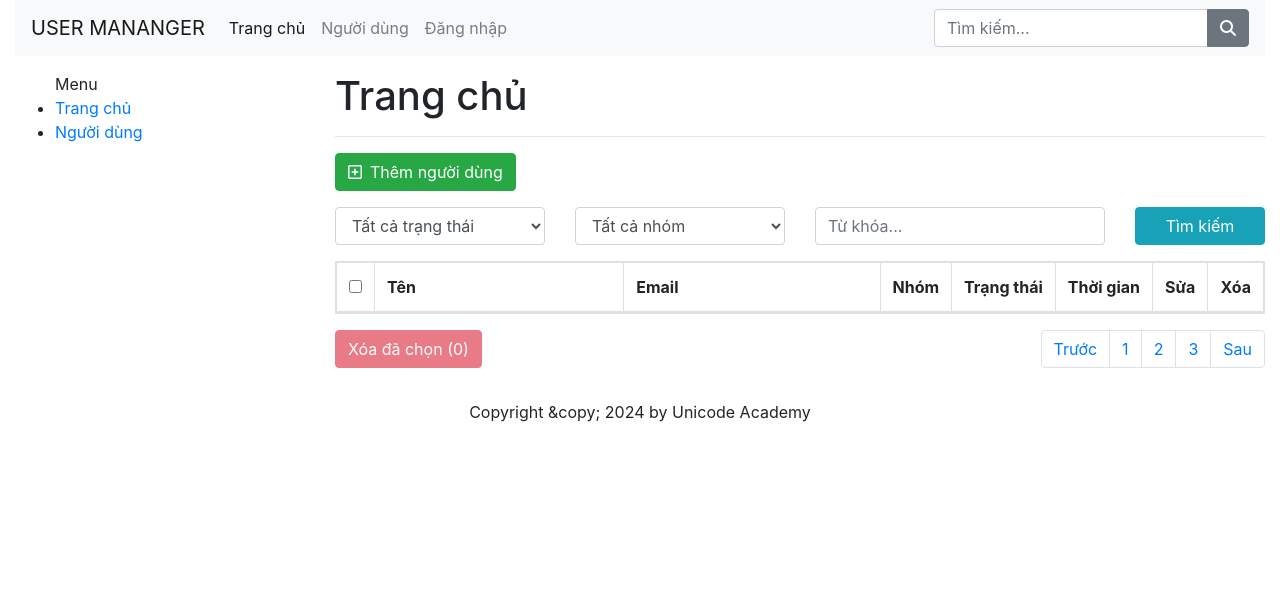
Repository: tam1512/USER_MANAGERMENT_MVC
Page: http://localhost/nguoi-dung
An editor plug-in stored every save of this project. The page is shown before and after the next save, followed by the edit.
The browser window is 1280 px wide. The pictures show the whole page.
The page is run by PHP 8.4 with error messages shown; the project is at /var/www/html/. Other server files are loaded and not shown.

Above is the page before, as saved 2024-04-04 17:36:27.

### index.php
<?php
use App\App;
session_start();
require_once 'bootstrap.php';

$app = new App();

### bootstrap.php
<?php
define("_WEB_PATH_ROOT", __DIR__);

//xử lý lấy ra web root
if(!empty($_SERVER['HTTPS']) && $_SERVER['HTTPS']=='on') {
   $protocol = 'https://';
} else {
   $protocol = 'http://';
}

$docRoot =  str_replace('\\','/',$_SERVER['DOCUMENT_ROOT']);
$pathRoot = str_replace('\\','/',_WEB_PATH_ROOT);
$path = preg_replace('~^'.$docRoot.'~', '', $pathRoot);
define("_WEB_HOST_ROOT", $protocol.$_SERVER['HTTP_HOST'].$path);

//load all config
$dataConfig = scandir('configs');
if(!empty($dataConfig)) {
   unset($dataConfig[0]);
   unset($dataConfig[1]);

   foreach($dataConfig as $item) {
      $path = "configs/$item";
      if(file_exists($path)) {
         require_once $path;
      }
   }
}

//load config Database and core database
if(!empty($config['database'])) {
   $config_data = $config['database'];

   if(!empty($config_data)) {
      require_once('core/Connection.php');
      require_once('core/QueryBuilder.php');
      require_once('core/Database.php');
      require_once('core/DB.php');
   }
}

//load all helpers
$dataHelper = scandir('app/helpers');
if(!empty($dataHelper)) {
   unset($dataHelper[0]);
   unset($dataHelper[1]);

   foreach($dataHelper as $item) {
      $path = "app/helpers/$item";
      if(file_exists($path)) {
         require_once $path;
      }
   }
}

//load all services
if(!empty($config['app']['services'])) {
   $allServices = $config['app']['services'];
   if(!empty($allServices)) {
      foreach($allServices as $service) {
         $className = getNameClass($service);
         $path = 'app/core/'.$className.'.php';
         if(file_exists($path)) {
            require_once($path);
      }
   }
}
}


// load core hash
require_once('core/Hash.php');

// load core routes
require_once('core/Routes.php');

//load core session
require_once('core/Session.php');

//load core helper
require_once('core/Helper.php');

//load core request
require_once('core/Request.php');

//load core response
require_once('core/Response.php');

//load core model
require_once('core/Model.php');

//load core template
require_once('core/Template.php');

//load core controller
require_once('core/Controller.php');

//load core load
require_once('core/Load.php');

//load core load
require_once('core/View.php');

//load core load
require_once('core/ServiceProvider.php');

//load core load
require_once('app/core/AppServiceProvider.php');

//load core middlewares
require_once('core/Middlewares.php');

//load all middlewares
$dataMiddlewares = scandir('app/middlewares');
if(!empty($dataMiddlewares)) {
   unset($dataMiddlewares[0]);
   unset($dataMiddlewares[1]);

   foreach($dataMiddlewares as $item) {
      $path = "app/middlewares/$item";
      if(file_exists($path)) {
         require_once $path;
      }
   }
}

//load app
require_once('app/App.php');

### configs/app.php
<?php
use App\Core\AppServiceProvider;
use App\Core\htmlHelper;
use App\Middlewares\AuthMiddleware;
use App\Middlewares\ParamsMiddleware;
$config['app'] = [
   'services' => [
      htmlHelper::class
   ],
   'routeMiddleware' => [
      // 'san-pham' => AuthMiddleware::class
   ],
   'globalMiddleware' => [
      // ParamsMiddleware::class
   ],
   'boot' => [
      AppServiceProvider::class
   ]
   ];

### configs/database.php
<?php
$config['database'] = [
   'host' => 'localhost',
   'user' => 'root',
   'pass' => '',
   'db' => 'mvcs_user_manager',
   'dbdriver' => 'mysql'
];

### configs/hash.php
<?php
$config['hash'] = [
   'type' => 'default'
];

### configs/routes.php
<?php
$routes['default_controller'] = 'home';

$routes['trang-chu'] = 'home';
$routes['nguoi-dung'] = 'user';
// $routes['san-pham/(.+)'] = 'product/detail/$1';

### configs/session.php
<?php
$config['session'] = [
   'session_key' => 'unicode_session'
];

### core/Connection.php
<?php
namespace App\Core;
use \PDO;
use \Exception;
use App\App;
class Connection {
   private static $conn;


   private function __construct($config_data) {
      try {
         if (class_exists('PDO')) {
            $dsn = $config_data['dbdriver'] . ':dbname=' . $config_data['db'] . ';host=' . $config_data['host'];

            $options = [
               PDO::MYSQL_ATTR_INIT_COMMAND => 'SET NAMES utf8',
               PDO::ATTR_ERRMODE => PDO::ERRMODE_EXCEPTION //Đẩy lỗi vào ngoại lệ truy vấn
            ];

               self::$conn = new PDO($dsn, $config_data['user'], $config_data['pass'], $options);
         }
      } catch (Exception $e) {
         App::$app->loadError('database', ['message' => $e->getMessage()]);
         exit();
      }
   }


   public static function getInstance($config_data) {
      if(self::$conn == null) {
         new Connection($config_data);
      }
      return self::$conn;
   }
}

### core/DB.php
<?php
namespace App\Core;
class DB {
   public $db = null;

   public function __construct() {
      $this->db = new Database();
   }
}

### app/helpers/functions.php
<?php
   function getNameClass($namespace) {
      if(preg_match('~\\\~', $namespace)) {
         $namespaceArr = explode('\\', $namespace);
         $className = end($namespaceArr);
      } else {
         $className = $namespace;
      }
      return $className;
   }

### app/core/htmlHelper.php
<?php
namespace App\Core;
class htmlHelper {
   static function openForm($method='get', $action ='') {
      echo '<form method="'.$method.'" action="'.$action.'">';
   }
   static function closeForm() {
      echo '</form>';
   }

   static function input($before='', $after='', $type='text', $name, $value='', $class='', $id='', $placeholder='') {
      echo $before.'<input type="'.$type.'" class="'.$class.'" id="'.$id.'" name="'.$name.'" value ="'.$value.'" placeholder="'.$placeholder.'">'.$after;
   }

   static function button($before="", $after='', $type='button', $class='', $id='', $content, $name='') {
      echo $before.'<button type="'.$type.'" class="'.$class.'" id="'.$id.'" name="'.$name.'">'.$content.'</button>'.$after;
   }
}

### core/Hash.php
<?php
namespace App\Core;
class Hash {
   public static function make($password) {
      global $config;

      $algo = [
         'default' => PASSWORD_DEFAULT,
         'bcrypt' => PASSWORD_BCRYPT,
         'argon2i' => PASSWORD_ARGON2I,
         'argon2id' => PASSWORD_ARGON2ID
      ];

      if(!empty($config['hash'])) {
         $configHash = $config['hash'];
         $type = $configHash['type'] ?? null;

         if(!empty($algo[$type])) {
            return password_hash($password, $algo[$type]);
         }

      }
      return false;
   }

   public static function check($password, $hash) {
      return password_verify($password, $hash);
   }
}

### core/Routes.php
<?php
namespace App\Core;
class Routes {
   private $__routeKey;
   public function handleRoutes($url) {
      global $routes;
      unset($routes['default_controller']);
      $urlHandle = trim($url, '/');
      if(!empty($routes)) {
         foreach($routes as $key=>$value) {
            if(preg_match('~^'.$key.'$~is', $urlHandle)) {
               $urlHandle = preg_replace('~^'.$key.'$~is', $value, $urlHandle);
               $this->__routeKey = $key;
            }
         }
      }
      return $urlHandle;
   }

   public function getRouteKey() {
      return $this->__routeKey;
   }
}

### core/Session.php
<?php
namespace App\Core;
use App\App;
class Session {
   public static function data($key='', $value='') {
      $sessionKey = self::isInvalid();

      if(!empty($sessionKey)) {
         if(!empty($key)) {
            if(!empty($value)) {
               $_SESSION[$sessionKey][$key] = $value;
               return true;
            } else {
               if(isset($_SESSION[$sessionKey][$key]))
               return $_SESSION[$sessionKey][$key];
            }
         } else {
            if(isset($_SESSION[$sessionKey]))
            return $_SESSION[$sessionKey];
         }
      }
      return false;
   }

   public static function delete($key='') {
      $sessionKey = self::isInvalid();
      if(!empty($sessionKey)) {
         if(!empty($key)) {
            unset($_SESSION[$sessionKey][$key]);
            return true;
         } else {
            unset($_SESSION[$sessionKey]);
            return true;
         }
      }
      return false;
   }

//tạo => tương tự data, gọi => tự động xóa
   public static function flash($key='', $value='') {
      $flashData = self::data($key, $value);
      if(empty($value)) {
         self::delete($key);
         return $flashData;
      }
   }

   static public function showErrors($message) {
      $data = ['message' => $message];
      App::$app->loadError('exception', $data);
      die();
   }

   static public function isInvalid() {
      global $config;
      if(!empty($config['session'])) {
         $sessionConfig = $config['session'];
         if(!empty($sessionConfig['session_key'])) {
            $sessionKey = $sessionConfig['session_key'];
            return $sessionKey;
         } else {
            self::showErrors('Thiếu cấu hình session_key. Vui lòng kiểm tra file configs/session.php');
         }
      } else {
         self::showErrors('Thiếu cấu hình session_key. Vui lòng kiểm tra file configs/session.php');
      }
      return false;
   }
}

### core/Helper.php
<?php
use App\core\Session;
$errors = Session::flash('errors');
$old = Session::flash('old');

if(!function_exists('form_error')) {
   function form_error($fieldName, $before='', $after='') {
      global $errors;
      if(!empty($errors[$fieldName])) {
         return $before.'<i>'.$errors[$fieldName].'</i>'.$after;
      }
      return false;
   }
}

if(!function_exists('old')) {
   function old($fieldName, $default = '') {
      global $old;
      if(!empty($old[$fieldName])) {
         return $old[$fieldName];
      }
      return $default;
   }
}

### core/Response.php
<?php
namespace App\Core;
class Response {
   public function redirect($uri = '') {
      if(preg_match('~~^http|https~', $uri)) {
         $url = $uri;
      } else {
         $url = _WEB_HOST_ROOT.'/'.$uri;
      }
      header('Location: '.$url);
      exit();
   }
}

### core/Model.php
<?php
namespace App\Core;
abstract class Model extends Database{
   protected $db;
   public function __construct() {
      $this->db = new Database();
   }

   abstract function tableFill();
   abstract function fieldFill();
   abstract function primaryKey();

   function all($condition = '') {
      $table = $this->tableFill();
      $field = $this->fieldFill();
      if(empty($field)) {
         $field = '*';
      }
      if(empty($condition)) {
         $query = "SELECT $field FROM $table";
      } else {
         $query = "SELECT $field FROM $table WHERE $condition";
      }

      $data = $this->db->getRaw($query);

      return $data;
   }

   function find($id) {
      $table = $this->tableFill();
      $field = $this->fieldFill();
      $primaryKey = $this->primaryKey();
      if(empty($field)) {
         $field = '*';
      }
      $query = "SELECT $field FROM $table WHERE $primaryKey = $id";

      $data = $this->db->firstRaw($query);

      return $data;
   }
}

### core/Controller.php
<?php
namespace App\Core;
class Controller {
   public $db = null;
   public function model($model) {
      $path = _WEB_PATH_ROOT.'\app\models\\'.$model.'.php';
      if(file_exists($path)) {
         require_once $path;

         $nameClass = 'App\Models\\'.$model;
         if(class_exists($nameClass)) {
            $model = new $nameClass();
            return $model;
         }

      }
      return false;
   }

   public function render($view, $data = []) {
      if(!empty(View::$dataShare)) {
         $data = array_merge($data, View::$dataShare);
      }
      $path = _WEB_PATH_ROOT."\app\\views\\".$view.".php";
      if(preg_match('~^layout~', $view)) {
         if(file_exists($path)) {
            extract($data);
            require_once($path);
         }
      } else {
         if(file_exists($path)) {
            $contentView = file_get_contents($path);
            $template = new Template();
            $template->run($contentView, $data);
         }
      }
   }
}

?>

### core/Load.php
<?php
namespace App\Core;
class Load {
   public static function model($model) {
      $path = _WEB_PATH_ROOT.'\app\models\\'.$model.'.php';
      if(file_exists($path)) {
         require_once $path;

         $nameClass = 'App\Models\\'.$model;
         if(class_exists($nameClass)) {
            $model = new $nameClass();
            return $model;
         }

      }
      return false;
   }

   public static function render($view, $data = []) {
      extract($data);
      $path = _WEB_PATH_ROOT."\app\\views\\".$view.".php";
      if(file_exists($path)) {
         require_once($path);
      }
   }
}

?>

### core/View.php
<?php
namespace App\Core;
abstract class View {
   static $dataShare = [];
   static function share($data) {
      self::$dataShare = $data;
   }
}

### core/ServiceProvider.php
<?php
namespace App\Core;
abstract class ServiceProvider {
   public $db;
   abstract function boot();
}

### app/core/AppServiceProvider.php
<?php
namespace App\Core;
class AppServiceProvider extends ServiceProvider {
   public function boot() {
      // $data['userInfo'] = $this->db->table('users')->where('id', '=', 1)->first();
      // $data['copyright'] = 'Copyright (c) 2024';
      // View::share($data);
   }
}

### core/Middlewares.php
<?php
namespace App\Core;
abstract class Middlewares {
   public $db;
   abstract function handle();
}

### app/middlewares/AuthMiddleware.php
<?php
namespace App\Middlewares;
use App\Core\{Middlewares, Session, Response};

class AuthMiddleware extends Middlewares {

   public function handle() {
      // if(empty(Session::data('login_admin'))) {
      //    $response = new Response();
      //    $response->redirect('trang-chu');
      // }
   }
}

### app/middlewares/GuestMiddleware.php
<?php
namespace App\Middlewares;
use App\Core\{Middlewares, Session, Response};
use App\App;

class GuestMiddleware extends Middlewares {

   public function handle() {
      $path = trim(App::$app->getUrl(), '/');
      $include = [
         'dang-nhap',
         'dang-ky'
      ];
      if(in_array($path, $include) && Session::data('user_login')) {
         $response = new Response();
         $response->redirect('');
      }
   }
}

### app/middlewares/LoginMiddleware.php
<?php
namespace App\Middlewares;
use App\Core\{Middlewares, Session, Response};

class LoginMiddleware extends Middlewares {

   public function handle() {
   //todo
   }
}

### app/middlewares/ParamsMiddleware.php
<?php
namespace App\Middlewares;
use App\Core\{Middlewares, Response};
use App\App;
class ParamsMiddleware extends Middlewares {
   public function handle() {
      // if(!empty($_SERVER['QUERY_STRING'])) {
      //    $response = new Response();
      //    $response->redirect(trim(App::$app->getUrl(), '/'));
      // }
   }
}

### app/App.php
<?php
namespace App;
use App\Core\{Routes, DB, Controller};
class App {
   private $__controller, $__action, $__params, $__routes, $__db;
   public static $app;

   public function __construct() {
      global $routes;
      if(!empty($routes['default_controller'])) {
         $this->__controller = ucfirst($routes['default_controller']);
      }
      $this->__action = 'index';
      $this->__params = [];
      $this->__routes = new Routes();

      if(class_exists('App\Core\DB')) {
         $dbOject = new DB();
         $this->__db = $dbOject->db;
      }

      self::$app = $this;

      $this->handleUrl();
   }

   public function getUrl() {
      $url = '/';
      if(!empty($_SERVER['PATH_INFO'])) {
         $url = $_SERVER['PATH_INFO'];
      }
      return $url;
   }

   public function handleUrl() {
      $url = $this->getUrl();
      $url = $this->__routes->handleRoutes($url);

      //middleware
      $this->handleRouteMiddleware($this->__routes->getRouteKey());
      $this->handleGlobalMiddleware();

      //share view
      $this->handleAppServiceProvider();

      $urlArr = explode('/', $url);
      $urlArr = array_filter($urlArr);
      $urlArr = array_values($urlArr);

      $urlCheck = '';
      $namespaceCheck='App\Controllers';
      if(!empty($urlArr)) {
         $fileCheck = '';
         foreach($urlArr as $key=>$value) {
            $urlCheck .= $value."/";
            $fileCheck = rtrim($urlCheck, '/');
            $arrCheck = explode('/',$fileCheck);
            $arrCheck[count($arrCheck)-1] = ucfirst($arrCheck[count($arrCheck)-1]);
            $fileCheck = implode('/',$arrCheck);
            if(!empty($urlArr[$key-1])) {
               unset($urlArr[$key-1]);
            }

            if(file_exists('app/controllers/'.$fileCheck.'.php')) {
               $urlCheck = $fileCheck;
               break;
            } else {
               $namespaceCheck .= "\\".ucfirst($value);
            }
         }

         $urlArr = array_values($urlArr);
      }

      if(empty($urlCheck)) {
         $urlCheck = ucfirst($this->__controller);
      }
      if(!empty($urlArr[0])) {
         $this->__controller = ucfirst($urlArr[0]);
         unset($urlArr[0]);
      }
      $pathController = 'app/controllers/'.$urlCheck.'.php';
      if(file_exists($pathController)) {
         require_once($pathController);
         $className = "$namespaceCheck\\".$this->__controller;

         if(class_exists($className)) {
            $this->__controller = new $className();
            if(!empty($this->__db)) {
               $this->__controller->db = $this->__db;
            }
         } else {
            $this->loadError();
         }

      } else {
         $this->loadError();
      }

      if(!empty($urlArr[1])) {
         $this->__action = $urlArr[1];
         unset($urlArr[1]);
      }

      $urlArr = array_values($urlArr);
      if(!empty($urlArr)) {
         $this->__params = $urlArr;
      }

      if(method_exists($this->__controller, $this->__action)) {
         call_user_func_array(array($this->__controller, $this->__action), $this->__params);
      } else {
         $this->loadError();
      }

   }

   public function loadError($error = '404', $data= []) {
      extract($data);
      require_once ('app/errors/'.$error.'.php');
      die();
   }

   public function getCurrentController() {
      return $this->__controller;
   }

   public function handleRouteMiddleware($routeKey) {
      global $config;
      if(!empty($config['app']['routeMiddleware'])) {
         $routeMiddlewares = $config['app']['routeMiddleware'];
         foreach($routeMiddlewares as $key => $middleware) {
            $className = getNameClass($middleware);
            $path = 'app/middlewares/'.$className.'.php';
            if($key == $routeKey && file_exists($path)) {
               $middlewareObject = new $middleware();
               if(!empty($this->__db)) {
                  $middlewareObject->db = $this->__db;
               }
               $middlewareObject->handle();
               break;
            }
         }
      }
   }

   public function handleGlobalMiddleware() {
      global $config;
      if(!empty($config['app']['globalMiddleware'])) {
         $globalMiddlewares = $config['app']['globalMiddleware'];
         foreach($globalMiddlewares as $middleware) {
            $className = getNameClass($middleware);
            $path = 'app/middlewares/'.$className.'.php';
            if(file_exists($path)) {
               $middlewareObject = new $middleware();
               if(!empty($this->__db)) {
                  $middlewareObject->db = $this->__db;
               }
               $middlewareObject->handle();
               break;
            }
         }
      }
   }

   public function handleAppServiceProvider() {
      global $config;
      if(!empty($config['app']['boot'])) {
         $boots = $config['app']['boot'];
         foreach($boots as $boot) {
            $className = getNameClass($boot);
            $path = 'app/core/'.$className.'.php';
            if(file_exists($path)) {
               $bootObject = new $boot();
               if(!empty($this->__db)) {
                  $bootObject->db = $this->__db;
               }
               $bootObject->boot();
               break;
            }
         }
      }
   }
}

### app/controllers/Home.php
<?php
namespace App\Controllers;
use App\Core\{Controller, Request, Response, Session, View};
class Home extends Controller {
   private $model, $data = [];
   public function __construct() {
      $this->model = $this->model("Home");
   }
   public function index() {
      $this->data = [
         'header_content' => [
            'title' => 'Trang chủ'
         ],
         'footer_content' => [
            'copyright' => 'Copyright &copy; 2024 by Unicode Academy'
         ],
         'content' => 'user/index',
         'sub_content' => [
            'title' => 'Trang chủ'
         ]
      ];
      $this->render('layouts/layout', $this->data);
   }
}

### app/models/Home.php
<?php
namespace App\Models;
use App\Core\Model;
class Home extends Model{
   private $table = 'products';

   function tableFill() {
      return 'users';
   }

   function fieldFill() {
      return 'id, fullname';
   }

   function primaryKey() {
      return 'id';
   }
   public function index() {
      $data = [
         'fullname' => 'Thanh Tam',
         'email' => 'thanh.tam@gmail.com',
         'password' => '123456789'
      ];
      return $this->db->table('users')->count();
   }
   public function getList() {
      $data = [
         'sp1',
         'sp2',
         'sp3',
         'sp4',
      ];
      return $data;
   }
}

### app/views/layouts/layout.php
<?php
   $this->render('blocks\clients\header', $header_content);
   $this->render('blocks\clients\sidebar');
   $this->render($content, $sub_content);
   $this->render('blocks\clients\footer', $footer_content);
?>

### app/views/blocks/clients/header.php
<!DOCTYPE html>
<html lang="en">
<head>
   <meta charset="UTF-8">
   <meta name="viewport" content="width=device-width, initial-scale=1.0">
   <title>{{$title}}</title>
   <link rel="stylesheet" href="https://cdnjs.cloudflare.com/ajax/libs/font-awesome/6.5.1/css/all.min.css"/>
   <link rel="stylesheet" href="https://cdn.jsdelivr.net/npm/bootstrap@4.6.2/dist/css/bootstrap.min.css">
   <link rel="stylesheet" href="{{_WEB_HOST_ROOT}}/public/assets/clients/css/style.css">
</head>
<body>
   <div class="container-fluid">
      <header>
         <nav class="navbar navbar-expand-lg navbar-light bg-light">
            <a href="{{_WEB_HOST_ROOT}}" class="navbar-brand">USER MANANGER</a>
            <button class="navbar-toggler" type="button" data-toggle="collapse" data-target="#navbar">
               <span class="navbar-toggle-icon"></span>
            </button>
            <div class="collapse navbar-collapse" id="navbar">
               <ul class="navbar-nav mr-auto">
                  <li class="nav-item active">
                     <a href="{{_WEB_HOST_ROOT}}" class="nav-link">Trang chủ</a>
                  </li>
                  <li class="nav-item">
                     <a href="{{_WEB_HOST_ROOT}}/nguoi-dung" class="nav-link">Người dùng</a>
                  </li>
                  <li class="nav-item">
                     <a href="{{_WEB_HOST_ROOT}}/auth/login" class="nav-link">Đăng nhập</a>
                  </li>
               </ul>
               <form action="">
                  <div class="form-inline my-2 my-lg-0">
                     <div class="input-group">
                        <input type="text" class="form-control" placeholder="Tìm kiếm...">
                        <div class="input-group-append">
                           <button class="btn btn-secondary" type="submit">
                           <i class="fa fa-search"></i>
                           </button>
                        </div>
                     </div>
                  </div>
               </form>
            </div>
         </nav>
      </header>
      <main class="py-3">

### app/views/blocks/clients/sidebar.php
<div class="row">
   <div class="col-3">
      <ul class="d-flex flex-column"> Menu
         <li><a href="{{_WEB_HOST_ROOT}}">Trang chủ</a></li>
         <li><a href="{{_WEB_HOST_ROOT}}/nguoi-dung">Người dùng</a></li>
      </ul>
   </div>

### app/views/blocks/clients/footer.php

      </main>
      <footer>
         <p class="text-center">{{$copyright}}</p>
      </footer>
   </div>
   <script src="https://cdn.jsdelivr.net/npm/jquery@3.5.1/dist/jquery.slim.min.js"></script>
   <script src="https://cdn.jsdelivr.net/npm/bootstrap@4.6.2/dist/js/bootstrap.bundle.min.js"></script>
   <script src="{{_WEB_HOST_ROOT}}/public/assets/clients/js/app.js"></script>
</body>
</html>

### public/assets/clients/css/style.css
td, th {
   white-space: nowrap;
}

Loaded but not shown: public/assets/clients/js/app.js (1 lines, source omitted); core/Request.php (176 lines, source omitted); core/Template.php (140 lines, source omitted); app/views/user/index.php (90 lines, source omitted); core/QueryBuilder.php (131 lines, source omitted); core/Database.php (119 lines, source omitted)

After the next save:
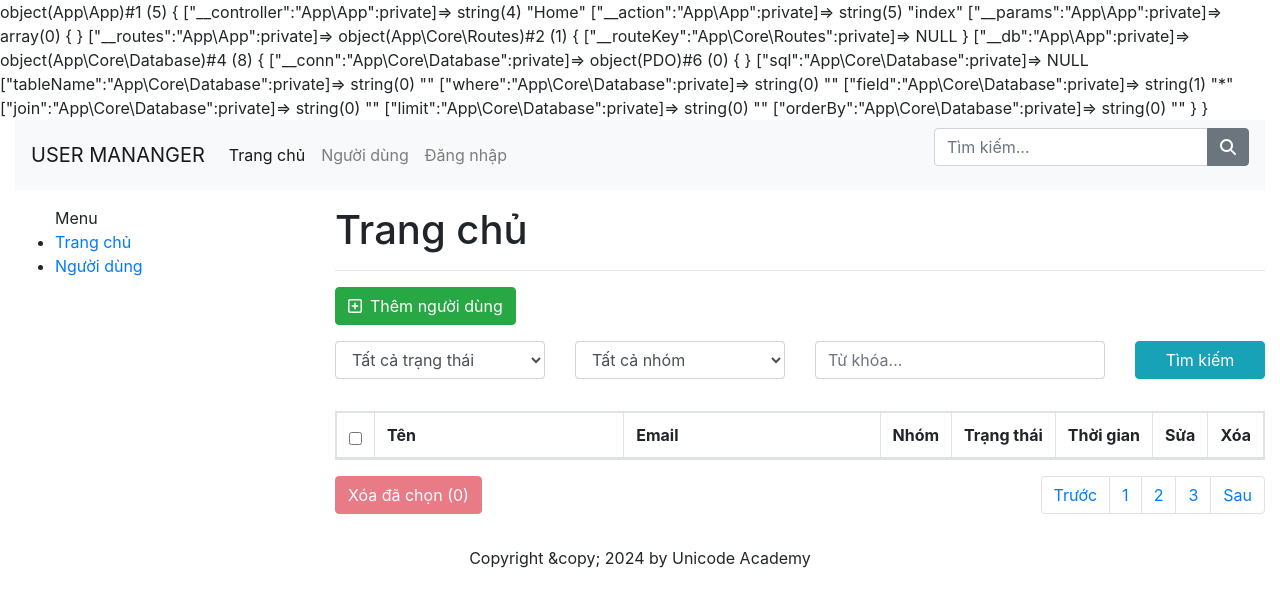
Saved 62 s later.
--- a/app/App.php
+++ b/app/App.php
@@ -20,6 +20,7 @@ class App {
       }
 
       self::$app = $this;
+      var_dump(self::$app);
 
       $this->handleUrl();
    }
